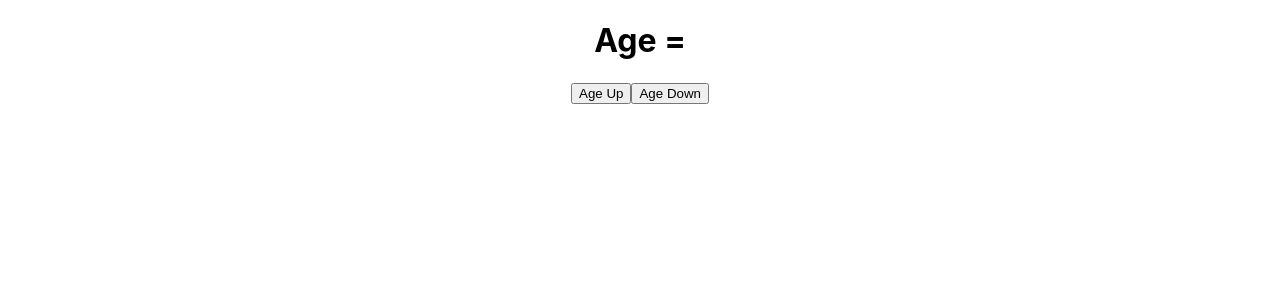
Repository: rihemebh/React-Basics
Page: / (app in saga-app/)
These files come from the project's save history. The page is drawn as it stood at one moment and after a run of saves; the edit follows.
The browser window is 1280 px wide. The pictures show the whole page.
The project was rebuilt for these pictures with package versions that can differ from the ones it lists, and the page was loaded fresh each time.

Above is the page before, as saved 2021-07-11 08:59:40.

After the next 2 saves:
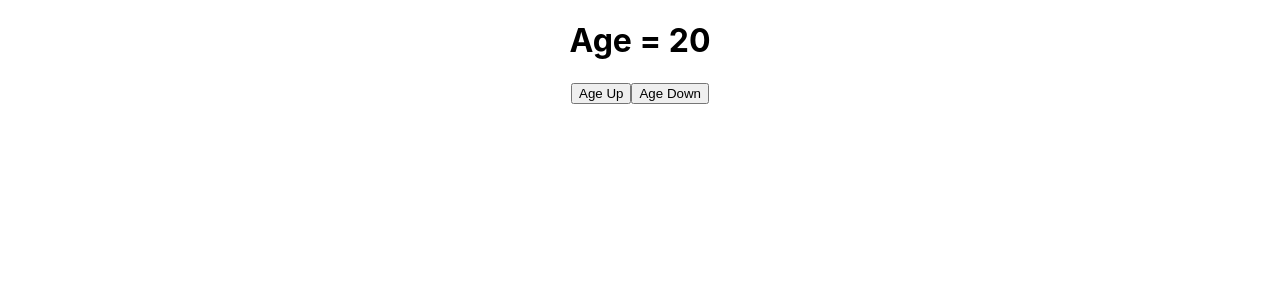
The 2 saves are shown as one change because they came seconds apart.
The last was saved 15 s later.
--- a/saga-app/src/App.js
+++ b/saga-app/src/App.js
@@ -7,10 +7,10 @@
 function App() {
   console.log(store.getState);
   const dispatch = useDispatch();
-  //const age = useSelector((state) => state.age);
+  const age = useSelector((state) => state.age);
   return (
     <div className="App">
-      <h1>Age = </h1>
+      <h1>Age = {age} </h1>
       <div>
         <button onClick={() => dispatch(ageUp())}>Age Up</button>
         <button onClick={() => dispatch(ageDown())}>Age Down</button>

After the save that followed:
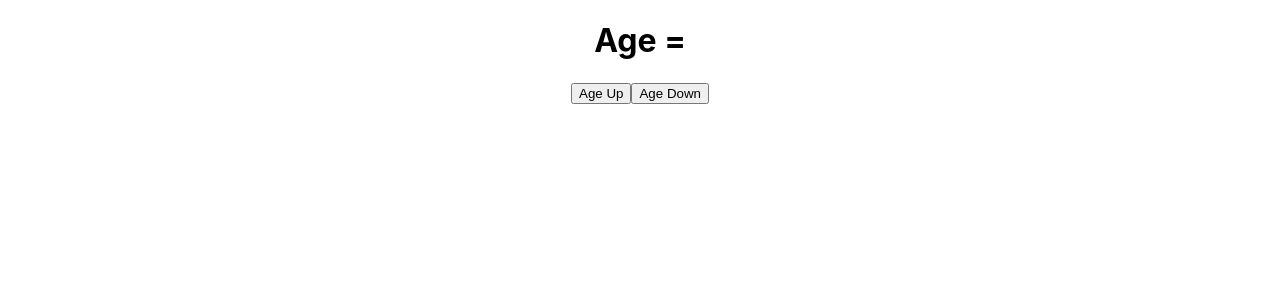
Saved 13 s later.
--- a/saga-app/src/App.js
+++ b/saga-app/src/App.js
@@ -7,10 +7,10 @@
 function App() {
   console.log(store.getState);
   const dispatch = useDispatch();
-  const age = useSelector((state) => state.age);
+  //const age = useSelector((state) => state.age);
   return (
     <div className="App">
-      <h1>Age = {age} </h1>
+      <h1>Age = </h1>
       <div>
         <button onClick={() => dispatch(ageUp())}>Age Up</button>
         <button onClick={() => dispatch(ageDown())}>Age Down</button>
